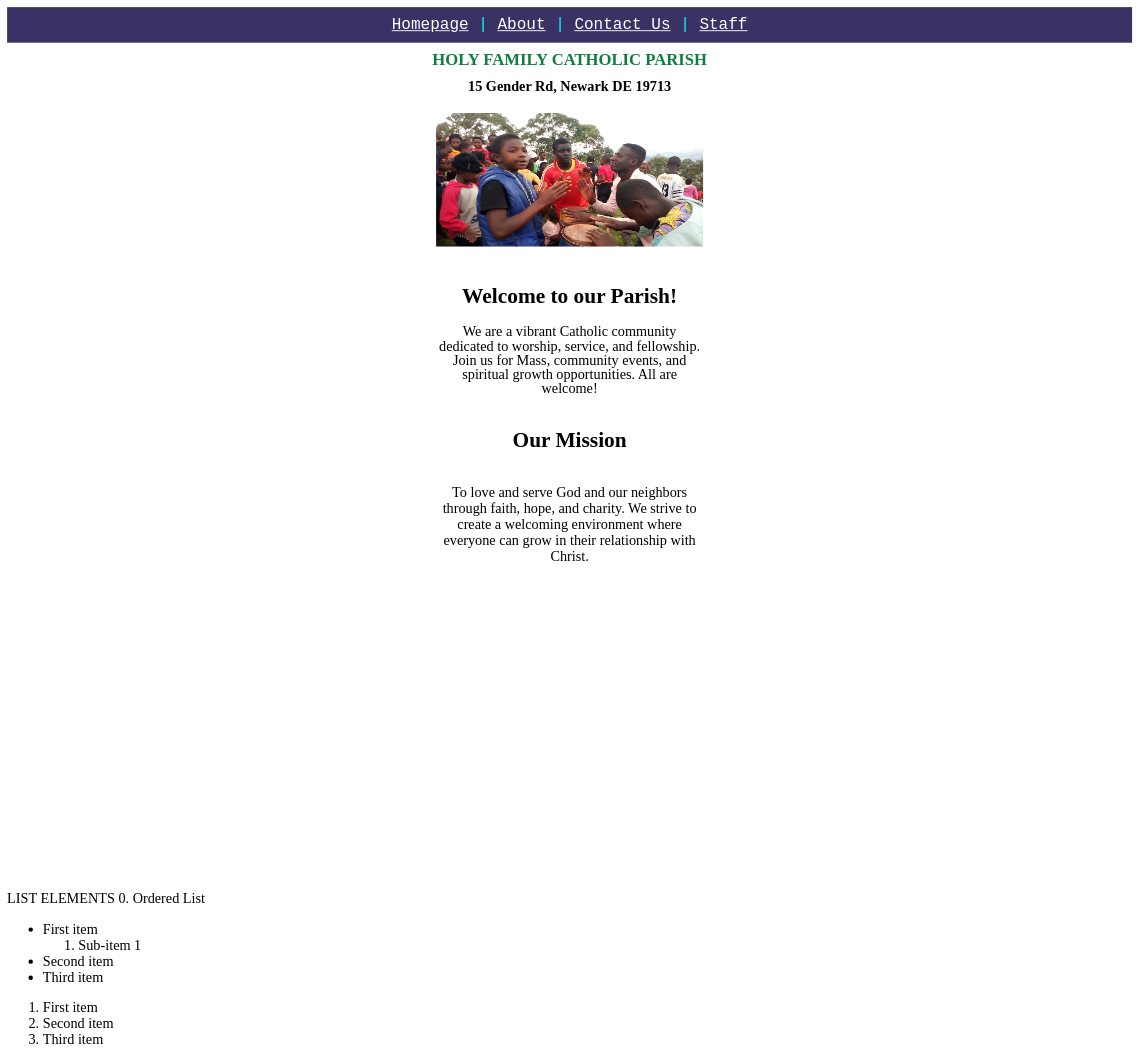
Repository: ficotims/HTML-RESTART
Page: Homepage.html
An editor plug-in stored every save of this project. The page is shown before and after the next save, followed by the edit.
The browser window is 1280 px wide. The pictures show the whole page, at 89% of full size.

Above is the page before, as saved 2026-02-10 18:09:49.

### Homepage.html
<!doctype html>
<html lang="en">
  <head>
    <meta charset="UTF-8" />
    <meta name="viewport" content="width=device-width, initial-scale=1.0" />
    <title>HTML Crash course with Iman Musa</title>
    <link rel="stylesheet" href="Style 1.css"/>
  </head>
  <body>

    <!-- NAVIGATION SECTION -->
        <div style="background-color: rgb(58, 49, 100); padding: 10px; text-align: center; color: aqua; font-size: 18px; font-family: monospace, Lemon milk;">
    <a href="Homepage.html" target="_top" style="color: white;">Homepage</a> |
    <a href="about.html" style="color: white;">About</a> | <a href="Contact us.html" style="color: white;">Contact Us</a> |
    <a href="staff.html" style="color: white;">Staff</a>
     </div>

 <div style="text-align: center;">
    <h3><span style="color: rgb(14, 126, 61);"><div style="line-height: 0;">HOLY FAMILY CATHOLIC PARISH</b></span></h3>
    <H4>15 Gender Rd, Newark DE 19713</H4>
    <img
        src="images/Acension.jpg"
        alt="Catholic Church Logo"
        width="300"
        height="150"
      />
      </div>

      <div class="container">
        <div class="profile-box">
          <span style="line-height: 1;"><h2>Welcome to our Parish!</h2>
          <p>
            We are a vibrant Catholic community dedicated to worship, service, and fellowship. Join us for Mass, community events, and spiritual growth opportunities. All are welcome!
          </p></span>
          <h2>Our Mission</h2>
          <p>
            To love and serve God and our neighbors through faith, hope, and charity. We strive to create a welcoming environment where everyone can grow in their relationship with Christ.

        </div>
      </div>

    <!-- this is LIST -->
<hi2>LIST ELEMENTS</h2>

    0. Ordered List

    <ul>
      <li>First item</li>
      <ol><li>Sub-item 1</li></ol>
      <li>Second item</li>
      <li>Third item</li>
    </ul>

    <ol>
      <li>First item</li>
      <li>Second item</li>
      <li>Third item</li>
    </ol>
  </body>
</html>

### Style 1.css
.body1 {
    color: rgb(255, 249, 249);
    background-color: rgb(92, 113, 206);
    border-radius: 50px;
    font-size: 25px;
}

.flyout {
    border: none;
    background-color: lightgreen;
    color: rgb(0, 0, 0);
    padding: 20px;
    margin: 15px;
    height: 250px;
    width: 200px;
}

{
    margin: 0px;
    padding: px;
    box-sizing: border-box;
    font-family: Arial, Helvetica, sans-serif;
}

.container {
    width: 100%;
    height: 100vh;
    background-size: cover;
    background-position: center;
    display: flex;
    aligh-items: center;
    justify-content: center;
}

.profile-box {
    background-color: rgb(255, 255, 255);
    text-align: center;
    border-radius: 50px;
    padding: 20px;
    width: 300px;
    height: 400px;
    display: flex;
    flex-direction: column;
    align-items: center;
}

### style 2.css
* {
      box-sizing: border-box;
      margin: 0;
      padding: 0;
    }

    body {
      background-color: #f8f8f8;
      font-family: Arial, Helvetica, sans-serif;
      color: #333;
      padding: 50px 20px;
      min-height: 100vh;
    }

    h1 {
      text-align: center;
      font-size: 2.6rem;
      margin-bottom: 50px;
      color: #2c3e50;
      letter-spacing: 1px;
    }

    .products-grid {
      max-width: 1200px;
      margin: 0 auto;
      display: grid;
      grid-template-columns: repeat(3, 1fr);
      gap: 30px;
    }

    .product-card {
      background: white;
      border-radius: 12px;
      overflow: hidden;
      box-shadow: 0 4px 15px rgba(0,0,0,0.08);
      text-align: center;
      transition: transform 0.15s ease, box-shadow 0.15s ease;
    }

    .product-card:hover {
      transform: translateY(-6px);
      box-shadow: 0 12px 28px rgba(0,0,0,0.12);
    }

    .product-card img {
      width: 100%;
      height: 240px;
      object-fit: cover;
      display: block;
    }

    .product-info {
      padding: 20px 16px;
    }

    .product-info h3 {
      font-size: 1.35rem;
      margin-bottom: 10px;
      color: #2c3e50;
    }

    .price {
      font-size: 1.4rem;
      font-weight: bold;
      color: #27ae60;
      margin-top: 4px;
    }

    /* Responsive layout */
    @media (max-width: 960px) {
      .products-grid {
        grid-template-columns: repeat(2, 1fr);
      }
    }

    @media (max-width: 600px) {
      .products-grid {
        grid-template-columns: 1fr;
      }

      h1 {
        font-size: 2.1rem;
      }
    }

After the next save:
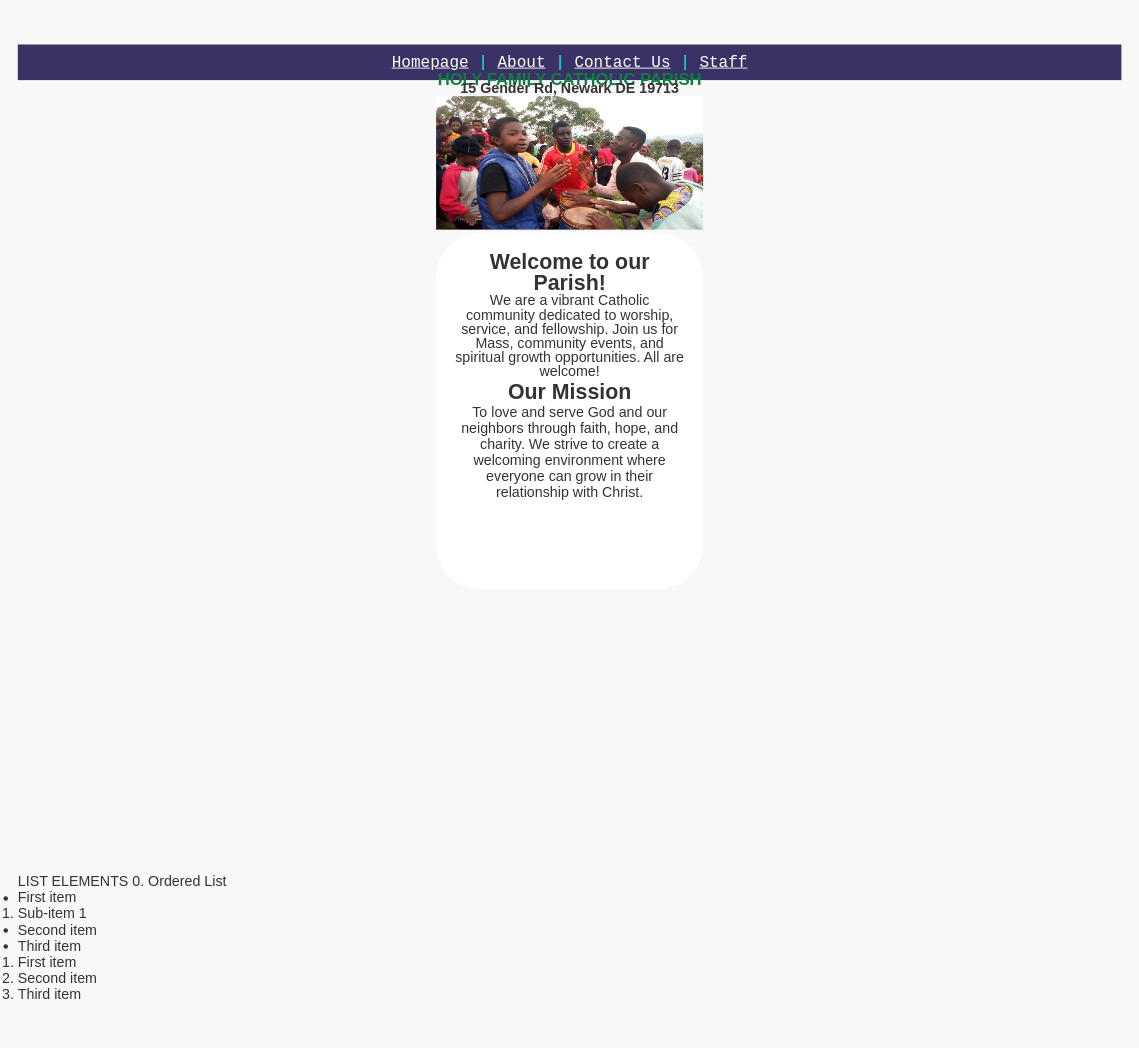
Saved 18 s later.
--- a/Homepage.html
+++ b/Homepage.html
@@ -5,6 +5,7 @@
     <meta name="viewport" content="width=device-width, initial-scale=1.0" />
     <title>HTML Crash course with Iman Musa</title>
     <link rel="stylesheet" href="Style 1.css"/>
+    <link rel="stylesheet" href="Style 2.css"/>
   </head>
   <body>
 
